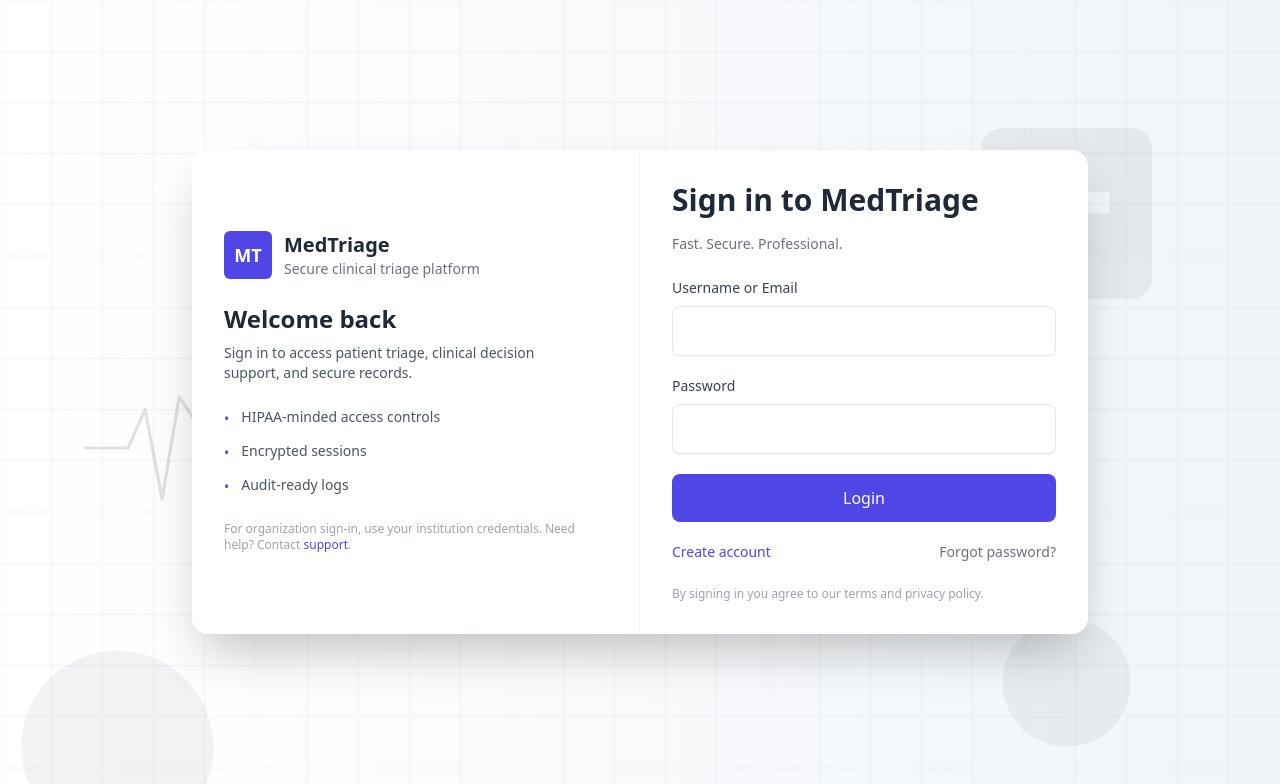
Repository: shakin-shahria/MedTriage-
Page: / (app in frontend/)
The author's editor kept a copy of each file at every save. The page is drawn from the files as they stood at one save, then again after the next save.
The browser window is 1280 px wide. The pictures show the whole page.
The project was rebuilt for these pictures with package versions that can differ from the ones it lists, and the page was loaded fresh each time. Also part of the build but not shown: frontend/vite.config.js, frontend/src/Register.jsx, frontend/src/Profile.jsx, frontend/src/Admin.jsx, frontend/src/AdminDashboard.jsx, frontend/src/HeartTriage.jsx.

Above is the page before, as saved 2025-10-15 11:26:33.

### frontend/index.html
<!doctype html>
<html>
  <head>
    <meta charset="utf-8" />
    <meta name="viewport" content="width=device-width, initial-scale=1.0" />
    <title>MedTriage Demo</title>
  </head>
  <body>
    <div id="root"></div>
    <script type="module" src="/src/main.jsx"></script>
  </body>
</html>

### frontend/src/index.css
@tailwind base;
@tailwind components;
@tailwind utilities;

body { font-family: ui-sans-serif, system-ui, -apple-system, 'Segoe UI', Roboto, 'Helvetica Neue', Arial }

### frontend/src/Login.jsx
import React, { useState } from 'react'
import { useNavigate, Link } from 'react-router-dom'

export default function Login() {
  const [form, setForm] = useState({ username_or_email: '', password: '' })
  const [loading, setLoading] = useState(false)
  const [error, setError] = useState(null)
  const navigate = useNavigate()

  const handleChange = (e) => {
    setForm({ ...form, [e.target.name]: e.target.value })
  }

  const handleSubmit = async (e) => {
    e.preventDefault()
    setLoading(true)
    setError(null)
    try {
      const res = await fetch('http://127.0.0.1:8000/auth/login', {
        method: 'POST',
        headers: { 'Content-Type': 'application/json' },
        body: JSON.stringify(form),
      })
      if (!res.ok) throw new Error(`Login failed: ${res.status}`)
      const data = await res.json()
      localStorage.setItem('token', data.access_token)
      // Notify other components that auth state changed
      window.dispatchEvent(new Event('auth-change'))
      // After storing the token, probe the profile endpoint to detect the
      // user's role so admins can be sent straight to the Admin dashboard.
      try {
        const profileRes = await fetch('http://127.0.0.1:8000/auth/profile', {
          headers: { 'Authorization': `Bearer ${data.access_token}` },
        })
        if (profileRes.ok) {
          const profile = await profileRes.json()
          if (profile.role === 'admin') {
              // Persist admin token for Admin UI convenience and replace history so back doesn't go to login
              try { localStorage.setItem('medtriage_admin_token', `Bearer ${data.access_token}`) } catch (e) {}
              navigate('/admin-dashboard', { replace: true })
            return
          }
        }
      } catch (e) {
        // ignore profile fetch errors and fall back to profile page
      }

      navigate('/profile')
    } catch (err) {
      setError(err.message)
    } finally {
      setLoading(false)
    }
  }

  return (
    <>
      {/* Diagnostic-themed background SVG: faint grid + ECG waveform + medical icons */}
      <svg aria-hidden="true" className="fixed inset-0 pointer-events-none" preserveAspectRatio="none" xmlns="http://www.w3.org/2000/svg" viewBox="0 0 1200 800">
        <defs>
          <linearGradient id="ecgGrad" x1="0" x2="1">
            <stop offset="0%" stopColor="#ffffff" />
            <stop offset="100%" stopColor="#f1f5f9" />
          </linearGradient>
        </defs>
        <rect width="1200" height="800" fill="url(#ecgGrad)" />

        {/* faint clinical grid */}
        <g stroke="#0f172a" strokeWidth="1" opacity="0.04">
          {Array.from({ length: 25 }).map((_, i) => {
            const x = i * 48
            return <line key={`vx-${i}`} x1={x} y1={0} x2={x} y2={800} />
          })}
          {Array.from({ length: 17 }).map((_, i) => {
            const y = i * 48
            return <line key={`hy-${i}`} x1={0} y1={y} x2={1200} y2={y} />
          })}
        </g>

        {/* ECG waveform path - low contrast and centered */}
        <g transform="translate(80,420)" stroke="#0f172a" strokeWidth="3" fill="none" opacity="0.12">
          <path d="M0 0 L40 0 L56 -36 L72 48 L88 -48 L120 0 L200 0 L216 -24 L232 12 L248 -60 L280 0 L360 0 L376 -20 L392 8 L408 -40 L444 0 L520 0 L560 -50 L600 60 L640 -20 L680 0 L760 0" strokeLinecap="round" strokeLinejoin="round" />
        </g>

        {/* small medical icons (cross, stethoscope circle) */}
        <g transform="translate(920,120)" opacity="0.06" fill="#0f172a">
          <rect x="0" y="0" width="160" height="160" rx="20" />
          <g transform="translate(40,40)" fill="#fff">
            <rect x="30" y="0" width="20" height="60" rx="3" />
            <rect x="0" y="20" width="80" height="20" rx="3" />
          </g>
        </g>

        {/* subtle pulse circles */}
        <g opacity="0.05" fill="#0f172a">
          <circle cx="1000" cy="640" r="60" />
          <circle cx="110" cy="700" r="90" />
        </g>
      </svg>

      <div className="min-h-screen flex items-center justify-center py-12 px-4 bg-transparent relative overflow-hidden">

      <div className="relative z-10 max-w-4xl w-full bg-white rounded-2xl shadow-2xl overflow-hidden grid grid-cols-1 md:grid-cols-2">
        {/* Left: Professional brand panel (replaces cartoon SVG) */}
        <div className="bg-white p-8 flex flex-col items-start justify-center space-y-6 border-r border-gray-100">
          <div className="flex items-center space-x-3">
            {/* Simple logo mark */}
            <div className="w-12 h-12 flex items-center justify-center rounded-md bg-indigo-600 text-white font-bold text-lg">MT</div>
            <div>
              <h2 className="text-xl font-semibold text-gray-800">MedTriage</h2>
              <p className="text-sm text-gray-500">Secure clinical triage platform</p>
            </div>
          </div>

          <div className="w-full max-w-xs">
            <h3 className="text-2xl font-semibold text-gray-800">Welcome back</h3>
            <p className="mt-2 text-sm text-gray-600">Sign in to access patient triage, clinical decision support, and secure records.</p>

            <ul className="mt-6 space-y-3 text-sm text-gray-600">
              <li className="flex items-start">
                <span className="mr-3 text-indigo-600 mt-0.5">•</span>
                <span>HIPAA-minded access controls</span>
              </li>
              <li className="flex items-start">
                <span className="mr-3 text-indigo-600 mt-0.5">•</span>
                <span>Encrypted sessions</span>
              </li>
              <li className="flex items-start">
                <span className="mr-3 text-indigo-600 mt-0.5">•</span>
                <span>Audit-ready logs</span>
              </li>
            </ul>
          </div>

          <div className="mt-4 text-xs text-gray-400">
            <p>For organization sign-in, use your institution credentials. Need help? Contact <a href="mailto:support@medtriage.example" className="text-indigo-600">support</a>.</p>
          </div>
        </div>

        {/* Right: Form */}
        <div className="p-8 flex items-center justify-center">
          <div className="w-full max-w-md">
            <h1 className="text-3xl font-bold text-gray-800 mb-4">Sign in to MedTriage</h1>
            <p className="text-sm text-gray-500 mb-6">Fast. Secure. Professional.</p>
            <form onSubmit={handleSubmit} className="space-y-5">
              <div>
                <label htmlFor="username_or_email" className="block text-sm font-medium text-gray-700 mb-2">Username or Email</label>
                <input
                  id="username_or_email"
                  type="text"
                  name="username_or_email"
                  value={form.username_or_email}
                  onChange={handleChange}
                  className="w-full p-3 border border-gray-200 rounded-lg shadow-sm focus:ring-2 focus:ring-indigo-400 focus:border-transparent"
                  required
                />
              </div>
              <div>
                <label htmlFor="password" className="block text-sm font-medium text-gray-700 mb-2">Password</label>
                <input
                  id="password"
                  type="password"
                  name="password"
                  value={form.password}
                  onChange={handleChange}
                  className="w-full p-3 border border-gray-200 rounded-lg shadow-sm focus:ring-2 focus:ring-indigo-400 focus:border-transparent"
                  required
                />
              </div>
              {error && <p className="text-red-600 text-sm">{error}</p>}
              <button
                type="submit"
                disabled={loading}
                className="w-full px-6 py-3 bg-indigo-600 text-white rounded-lg font-medium hover:bg-indigo-700 disabled:opacity-50 transition-colors"
              >
                {loading ? 'Logging in...' : 'Login'}
              </button>

              <div className="flex items-center justify-between text-sm text-gray-500">
                <Link to="/register" className="text-indigo-600 hover:underline">Create account</Link>
                <a href="#" className="hover:underline">Forgot password?</a>
              </div>
            </form>
            <p className="mt-6 text-xs text-gray-400">By signing in you agree to our terms and privacy policy.</p>
          </div>
        </div>
      </div>
    </div>
    </>
  )
}

Loaded but not shown: frontend/src/main.jsx (common file); frontend/tailwind.config.cjs (common file); frontend/src/App.jsx (373 lines, source omitted)

After the next save:
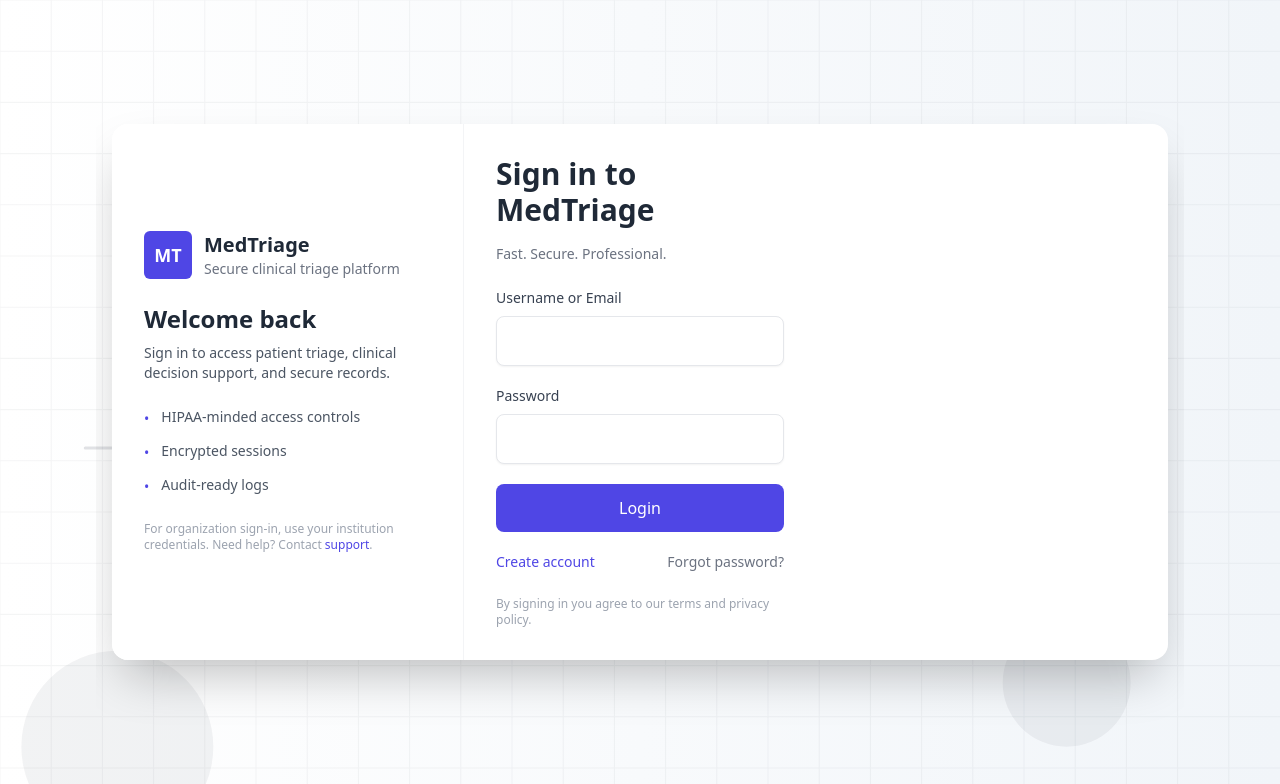
Saved 87 s later.
--- a/frontend/src/Login.jsx
+++ b/frontend/src/Login.jsx
@@ -100,7 +100,7 @@
 
       <div className="min-h-screen flex items-center justify-center py-12 px-4 bg-transparent relative overflow-hidden">
 
-      <div className="relative z-10 max-w-4xl w-full bg-white rounded-2xl shadow-2xl overflow-hidden grid grid-cols-1 md:grid-cols-2">
+      <div className="relative z-10 max-w-6xl w-full bg-white rounded-2xl shadow-2xl overflow-hidden grid grid-cols-1 md:grid-cols-3">
         {/* Left: Professional brand panel (replaces cartoon SVG) */}
         <div className="bg-white p-8 flex flex-col items-start justify-center space-y-6 border-r border-gray-100">
           <div className="flex items-center space-x-3">
